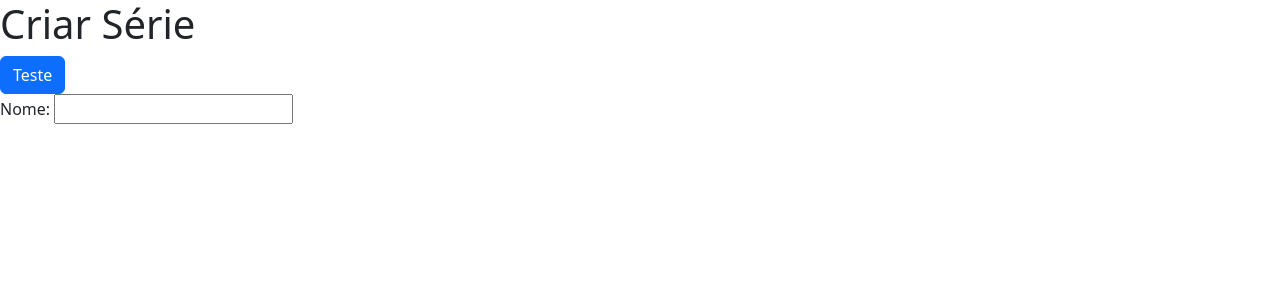
Repository: joaoDelaGracia/laravelTeste
Page: http://localhost/series/criar
The author's editor kept a copy of each file at every save. The page is drawn from the files as they stood at one save, then again after the next save.
The browser window is 1280 px wide. The pictures show the whole page.
The page is served by the project's Laravel application, run on PHP 8.4 with Laravel 12. Style sheets and scripts are compiled from the project's sources, by tool versions that may differ from the author's.

Above is the page before, as saved 2025-05-26 12:58:43.

After the next save:
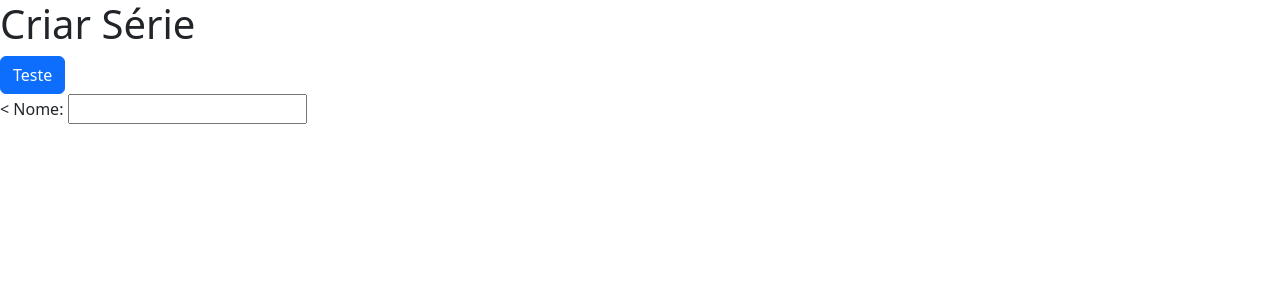
Saved 9 s later.
--- a/resources/views/series/create.blade.php
+++ b/resources/views/series/create.blade.php
@@ -1,8 +1,6 @@
 <x-layout title="Criar Série">
     <form action="" method="post">
-        <div class="container">
-
-        </div>
+        <
         <label for="nome">Nome:</label>
         <input type="text" id="nome" name="nome">
     </form>

After the save that followed:
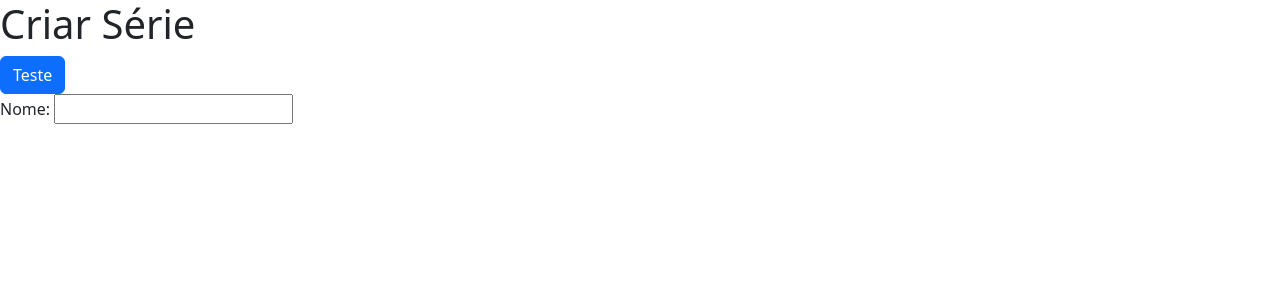
Saved 6 s later.
--- a/resources/views/series/create.blade.php
+++ b/resources/views/series/create.blade.php
@@ -1,6 +1,5 @@
 <x-layout title="Criar Série">
     <form action="" method="post">
-        <
         <label for="nome">Nome:</label>
         <input type="text" id="nome" name="nome">
     </form>
